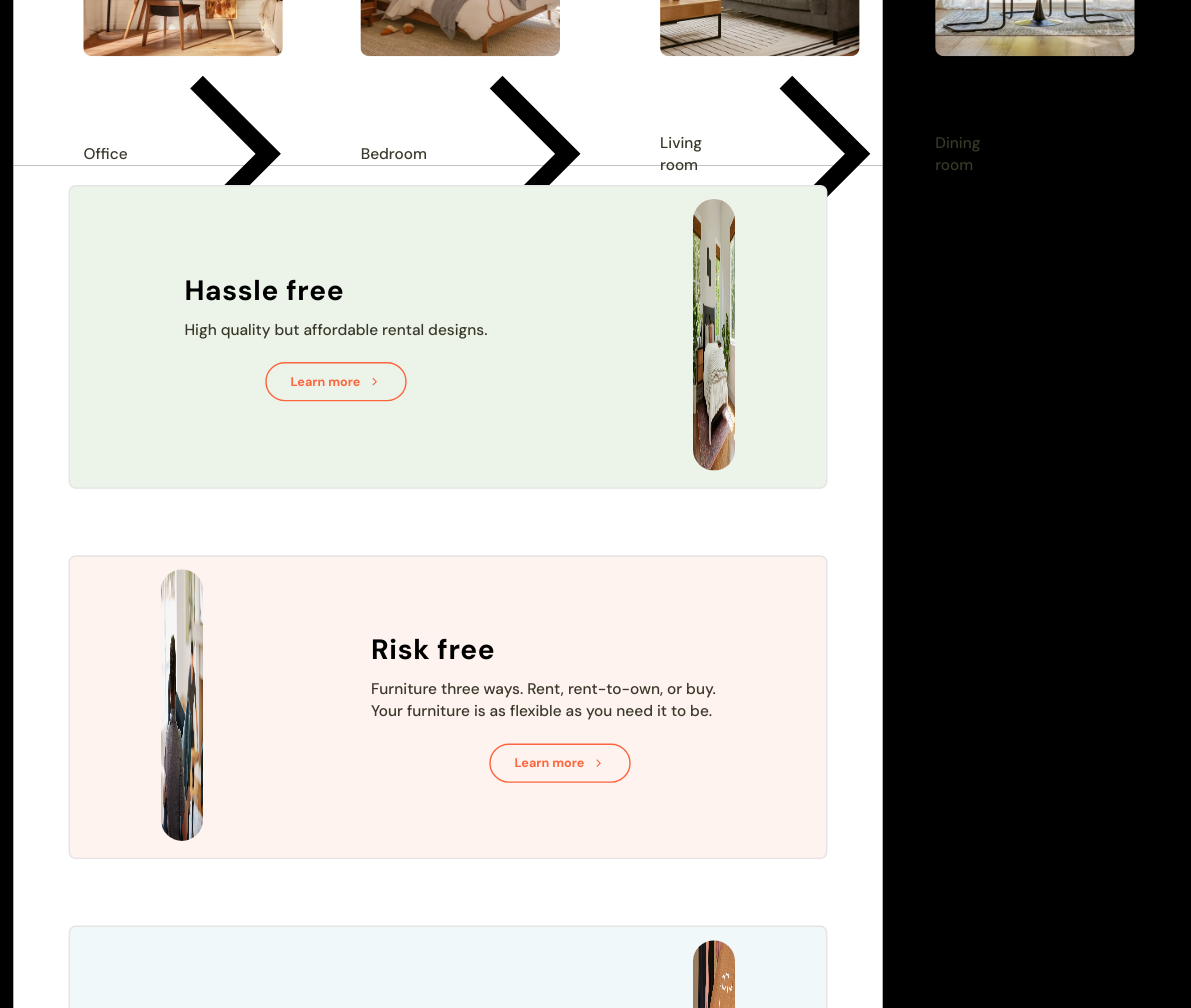
Repository: noman-source/Furniture-website
Page: index.html
The author's editor kept a copy of each file at every save. The page is drawn from the files as they stood at one save, then again after the next save.
The browser window is 1280 px wide. The page is 1702 px wide, so the pictures cover 1702 px, including what lies to the right of the window. The pictures show the part of the page from y = 1565 to 3005 px (the page is 4311 px tall), at 70% of full size.

Above is the page before, as saved 2025-07-04 13:06:06.

### index.html
<!DOCTYPE html>
<html lang="en">

<head>
    <meta charset="UTF-8">
    <meta name="viewport" content="width=device-width, initial-scale=1.0">
    <title>Document</title>
    <link rel="stylesheet" href="style.css">
</head>

<body>
    <header>
        <div class="navbar">
            <div class="nav-left">
                <ul>
                    <li>Cards</li>
                    <li>About</li>
                    <li>App</li>
                </ul>
            </div>
            <div class="nav-center">
                <ul>
                    <li><img src="asserts/svg/navbar-logo.svg" alt=""></li>
                    <li>Halal_Lab</li>
                </ul>
            </div>
            <div class="nav-right"><button><img src="asserts/svg/search.svg" alt="">Check delivery area</button></div>
        </div>
    </header>
    <main>
        <div class="section1">
            <div class="section1-left">
                <div class="section1-text">
                    <h2>An innovative way to make furniture lighter</h2>
                    <h4>Discover hassle-free delivery, free assembly and the flexibility to rent, rent-to-own or buy.
                    </h4>
                    <div class="section1-butt"><button>
                            <p>Start shopping</p><img src="asserts/svg/arrow.svg" alt="">
                        </button></div>
                </div>
            </div>
            <div class="section1-right">
                <img src="asserts/image/img 1.jpg" alt="">
            </div>
        </div>
        <div class="section2">
            <ul>
                <li><img src="asserts/svg/checkmark-circle-01.svg" alt="">Fast, free delivery & assembly</li>
                <li><img src="asserts/svg/checkmark-circle-01.svg" alt="">Convenient rent or buy options</li>
                <li><img src="asserts/svg/checkmark-circle-01.svg" alt="">Low upfront costs for all rentals</li>
                <li><img src="asserts/svg/checkmark-circle-01.svg" alt="">Flexibility to buy out rental items later</li>
            </ul>
        </div>
        <div class="section3">
            <p>About our product</p>
            <div class="section3-content">
                <div class="box box1">
                    <div class="circle"><img src="asserts/svg/upload-03.svg" alt=""></div>
                    <p>We provide a high quality rental at an affordable price</p>
                </div>
                <div class="box box2">
                    <div class="circle"><img src="asserts/svg/drawing-mode.svg" alt=""></div>
                    <p>Feather has made furniture rentals
                        cool again.</p>
                </div>
                <div class="box box3">
                    <div class="circle"><img src="asserts/svg/cabinet-01.svg" alt=""></div>
                    <p>Ease the pain of moving from
                        apartment to apartment.</p>
                </div>

            </div>
        </div>
        <div class="section4">
            <p>Browse by room</p>
            <div class="section4-content">
                <div class="box box1"><img src="asserts/image/img 2.png" alt="">
                    <p>Office <img src="asserts/svg/Vector.svg" alt=""></p>
                </div>
                <div class="box box2"><img src="asserts/image/img 3.png" alt="">
                    <p>Bedroom <img src="asserts/svg/Vector.svg" alt=""></p>
                </div>
                <div class="box box3"><img src="asserts/image/img 4.png" alt="">
                    <p>Living room <img src="asserts/svg/Vector.svg" alt=""></p>
                </div>
                <div class="box box4"><img src="asserts/image/img 5.png" alt="">
                    <p>Dining room <img src="asserts/svg/Vector.svg" alt=""></p>
                </div>
            </div>
        </div>
        <div class="section5">
            <div class="section5-top">
                <div class="left">
                    <div class="text">
                        <h3>Hassle free</h3>
                        <p>High quality but affordable rental designs.</p>
                    </div>
                    <div class="button"><button>Learn more <img src="asserts/svg/arrow-down-01.svg" alt=""></button>
                    </div>
                </div>
                <div class="right"><img src="asserts/image/img 6.png" alt=""></div>
            </div>
            <div class="section5-middle">
                <div class="right"><img src="asserts/image/img 7.png" alt=""></div>
                <div class="left">
                    <div class="text">
                        <h3>Risk free</h3>
                        <p>Furniture three ways. Rent, rent-to-own, or buy. Your furniture is as flexible as you need it
                            to be.</p>
                    </div>
                    <div class="button"><button>Learn more <img src="asserts/svg/arrow-down-01.svg" alt=""></button>
                    </div>
                </div>
            </div>
            <div class="section5-end">
                <div class="left">
                    <div class="text">
                        <h3>Waste free</h3>
                        <p>Last year we saved 522 tons of furniture from landfills. With your help, we can do even more.
                        </p>
                    </div>
                    <div class="button"><button>Learn more <img src="asserts/svg/arrow-down-01.svg" alt=""></button>
                    </div>
                </div>
                <div class="right"><img src="asserts/image/img 8.png" alt=""></div>
            </div>
        </div>
        <div class="section6">
            <div class="section6-content">
                <h3>Shop what’s new</h3>
                <div class="boxes">
                    <div class="box">
                        <div class="box-top"><img src="asserts/image/img 9.png" alt=""></div>
                        <div class="box-bottom">
                            <h4>Valencia Modular </h4>
                            <p>$2,999</p>
                        </div>
                    </div>
                    <div class="box">
                        <div class="box-top"><img src="asserts/image/img 10.png" alt=""></div>
                        <div class="box-bottom">
                            <h4>The Floyd sofa</h4>
                            <p>$1200</p>
                        </div>
                    </div>
                    <div class="box">
                        <div class="box-top"><img src="asserts/image/img 11.png" alt=""></div>
                        <div class="box-bottom">
                            <h4>Playa Outdoor</h4>
                            <p>$1999</p>
                        </div>
                    </div>
                    <div class="box">
                        <div class="box-top"><img src="asserts/image/img 12.png" alt=""></div>
                        <div class="box-bottom">
                            <h4>Remi standing</h4>
                            <p>$2,999</p>
                        </div>
                    </div>
                </div>
            </div>
        </div>
    </main>

    <footer>
        <div class="boxes">
            <div class="box box1">
                <div class="box1-top">
                    <p>Be in the know<br>
                        Get the latest products, promotions, and design tips in your inbox. Sign up and get 25% off your
                        first month.</p>
                </div>
                <div class="box1-bottom"><input type="email"placeholder="Email"><button>Submit</button></div>
            </div>
            <div class="box box2"><ul>
                <li>Shop</li>
                <li>The Goods</li>
                <li>Feather for Business</li>
                <li>Get design help</li>
            </ul></div>
            <div class="box box3"><ul>
                <li>Help</li>
                <li>hello@livefeather.com</li>
                <li>FAQs</li>
            </ul></div>
            <div class="box box4"><ul>
                <li>Follow us</li>
                <li><img src="asserts/svg/Instagram.svg" alt=""><img src="asserts/svg/Twitter.svg" alt=""><img src="asserts/svg/pinterest.svg" alt=""><img src="asserts/svg/Facebook.svg" alt=""><img src="asserts/svg/linkdin.svg" alt=""></li>
            </ul></div>
        </div>
    </footer>

</body>

</html>

### style.css
@import url('https://fonts.googleapis.com/css2?family=DM+Sans:ital,opsz,wght@0,9..40,100..1000;1,9..40,100..1000&display=swap');
@import url('https://fonts.googleapis.com/css2?family=DM+Sans:ital,opsz,wght@0,9..40,100..1000;1,9..40,100..1000&display=swap');
@import url('https://fonts.googleapis.com/css2?family=DM+Sans:ital,opsz,wght@0,9..40,100..1000;1,9..40,100..1000&display=swap');

body {
    font-family: "DM Sans", sans-serif;
    background-color: black;
}

.website {
    background-color: white;
}

* {
    margin: 0;
    padding: 0;
}

header .navbar {
    width: 97%;
    margin: auto;
    height: 72px;
    display: flex;
    justify-content: space-around;
    align-items: center;
    background-color: rgb(246, 244, 244);
    gap: 13%;
    border-bottom: 1px solid #E4E4E4;
}

header .navbar .nav-left {
    font-size: 16px;
    font-weight: 500;
    line-height: 24px;
    letter-spacing: -1%;
}

header .navbar .nav-left ul {
    display: flex;
    justify-content: center;
    align-items: center;
    gap: 50px;
}

header .navbar .nav-left ul li {
    list-style-type: none;
}

header .navbar .nav-center ul {
    display: flex;
    justify-content: center;
    align-items: center;
    gap: 10px;
    font-family: "Ramabhadra", sans-serif;
}

header .navbar .nav-center ul li {
    list-style-type: none;
    font-size: 18px;
    font-weight: 400;
    display: flex;
    justify-content: center;
    align-items: center;
}

header .navbar .nav-right button {
    width: 130%;
    height: 40px;
    background-color: #FD653E;
    border-radius: 32px;
    border: none;
    transform: translateX(-50px);
    display: flex;
    justify-content: center;
    align-items: center;
    gap: 15px;
    font-size: 16px;
    font-weight: 700;
    color: white;
}

main .section1 {
    width: 97%;
    margin: auto;
    height: 588px;
    background-color: #FFF3EF;
    display: flex;
    justify-content: space-around;
    align-items: center;
}

main .section1 .section1-right {
    width: 50%;
    display: flex;
    justify-content: center;
    align-items: center;
}

main .section1 .section1-left {
    width: 50%;
}

main .section1 .section1-left .section1-text {
    width: 70%;
    margin: auto;
    height: 250px;
    display: flex;
    flex-direction: column;
    gap: 20px;
}

main .section1 .section1-left .section1-text h2 {
    font-size: 48px;
    font-weight: 700;
}

main .section1 .section1-left .section1-text p {
    font-size: 18px;
    font-weight: 400;
    color: #39382A;
}

main .section1 .section1-left .section1-text button {
    width: 235px;
    height: 56px;
    display: flex;
    justify-content: center;
    align-items: center;
    gap: 10px;
    border-radius: 32px;
    border: transparent;
    background-color: #ED653B;
}

main .section1 .section1-left .section1-text button p {
    color: white;
    font-size: 20px;
    font-weight: 700;
    font-family: "DM Sans", sans-serif;
}

main .section1 .section1-right img {
    width: 645px;
    border-radius: 12px;
}

.section2 {
    height: 74px;
    width: 97%;
    margin: auto;
    background-color: #ECF4E9;
}

.section2 ul {
    height: 74px;
    display: flex;
    justify-content: space-between;
    align-items: center;
}

.section2 ul li {
    font-family: "DM Sans", sans-serif;
    list-style-type: none;
    display: flex;
    justify-content: center;
    align-items: center;
    gap: 5px;
    font-size: 18px;
    font-weight: 400;
}

.section3 {
    width: 97%;
    margin: auto;
    height: 516px;
    background-color: white;
}

.section3>p {
    font-size: 40px;
    font-weight: 700;
    height: 170px;
    display: flex;
    color: #39302A;
    justify-content: center;
    align-items: center;
}

.section3-content {
    display: flex;
    justify-content: center;
    align-items: center;
    gap: 32px;
}

.section3-content .box {
    width: 392px;
    border-radius: 12px;
    height: 244px;
    display: flex;
    align-items: center;
    justify-content: center;
    flex-direction: column;
    gap: 50px;
    box-shadow: 12px 16px 50px 0px #9A9A9A1F;
}

.section3-content .box .circle {
    width: 50px;
    height: 50px;
    transform: translateY(30px);
    gap: 10px;
    border-radius: 99px; /* Corrected to 99px based on later image */
    padding: 16px; /* Corrected to 16px based on later image */
    background-color: #E3E3E373; /* Corrected to #E3E3E3 based on later image */
}

.section3-content .box p {
    width: 373px;
    margin: auto;
    display: flex;
    font-family: DM Sans;
    font-weight: 500;
    font-size: 22px;
    line-height: 32px;
    text-align: center;
    /* letter-spacing: 0%; */
    /* vertical-align: middle; */
}

.section4 {
    width: 97%;
    margin: auto;
    height: 551px;
    background-color: white;
}

.section4>p {
    font-weight: 700;
    font-size: 40px;
    line-height: 56px;
    letter-spacing: -0.96px;
    padding-top: 50px;
    padding-left: 100px; /* Added based on later image */
}

.section4 .section4-content {
    height: 287px;
    display: flex;
    justify-content: flex-start;
    padding-left: 100px;
    padding-top: 50px;
    gap: 32px;
}

.section4 .section4-content .box {
    height: 287px;
    display: flex;
    flex-direction: column;
    gap: 20px;
}

.section4 .section4-content .box img {
    height: 239px;
    width: 285px;
    border-radius: 12px;
}

.section4 .section4-content .box p {
    font-family: DM Sans;
    font-weight: 500;
    font-size: 22px;
    line-height: 32px;
    display: flex;
    gap: 16px; /* Corrected to 16px based on later image */
    justify-content: flex-start;
    align-items: center; /* Added based on later image */
    color: #39382A; /* Added based on later image */
}

.section5 {
    height: 1548px;
    background-color: white;
    width: 97%;
    margin: auto;
    display: flex;
    justify-content: center;
    align-items: center;
    flex-direction: column;
    gap: 40px;
}

.section5 > .section5-top,
.section5-middle,
.section5-end {
    height: 430px;
    border: 2px solid #E4E4E4;
    width: 87%;
    margin: auto;
    border-radius: 10px;
}

.section5 .section5-top {
    background-color: #ECF4E9;
    display: flex;
    justify-content: space-around;
    align-items: center;
}

.section5 .section5-middle {
    background-color: #FEF3EE;
    display: flex;
    justify-content: space-around;
    align-items: center;
}

.section5 .section5-end {
    background-color: #F0F8FA;
    display: flex;
    justify-content: space-around;
    align-items: center;
}

.section5 .right img {
    width: 60px;
    height: 388px;
    border-radius: 60px;
}

.section5 .left {
    width: 50%;
    display: flex;
    flex-direction: column;
    justify-content: center;
    align-items: center;
    gap: 30px;
}

.section5 .left .text {
    display: flex;
    flex-direction: column;
    gap: 16px;
}

.section5 .left .button {
    display: flex;
    justify-content: flex-start;
}

.section5 .left .text button {
    width: 400px;
}

.section5 .right {
    padding: 20px;
}

.section5 h3 {
    font-weight: 700;
    font-size: 40px;
    line-height: 50px;
    letter-spacing: 0.96px;
}

.section5 p {
    font-family: DM Sans;
    font-weight: 500;
    font-size: 22px;
    line-height: 32px;
    letter-spacing: 0%; /* Added based on later image */
    vertical-align: middle; /* Added based on later image */
    color: #39382A; /* Added based on later image */
}

.section5 .left button {
    width: 202px;
    height: 56px;
    gap: 10px;
    border-width: 1px;
    padding-top: 16px;
    padding-right: 32px;
    padding-bottom: 16px;
    padding-left: 32px;
    border-radius: 32px;
    background-color: transparent;
    border: 2px solid #FD653E;
    color: #FD653E;
    display: flex;
    justify-content: center;
    align-items: center;
    font-family: DM Sans;
    font-weight: 700;
    font-size: 18px;
}

.section6 {
    background-color: white;
    height: 730px;
    width: 97%;
    margin: auto;
}

.section6 img {
    width: 286px;
    height: 203px;
    border-radius: 12px;
}

.section6 .section6-content {
    height: 548px;
    background-color: #FFFCF8;
    width: 90.7%;
    margin: auto;
    padding-left: 180px;
    padding-top: 80px;
    display: flex;
    flex-direction: column;
    gap: 20px;
}

.section6-content .boxes {
    display: flex;
    gap: 32px;
}

.section6-content .boxes .box {
    display: flex;
    flex-direction: column;
    gap: 19px;
}

.section6 h2 {
    font-family: Circular Std;
    font-weight: 700;
}

.section6 h3 {
    /* font-family: Circular Std; */
    font-weight: 700;
    font-size: 40px;
    line-height: 50px;
    letter-spacing: 0px;
    vertical-align: middle;
    color: #39382A;
}

.section6-content .box-bottom {
    display: flex;
    flex-direction: column;
    gap: 4px;
}

.section6-content .box-bottom h4 {
    font-family: DM Sans;
    font-weight: 500;
    font-size: 18px;
    line-height: 26px;
    letter-spacing: 0%;
    vertical-align: middle;
    color: #39382A;
}

.section6-content .box-bottom p {
    font-family: DM Sans;
    font-weight: 500;
    font-size: 10px;
    line-height: 14px;
    letter-spacing: 0%;
    vertical-align: middle;
    color: #ED653B;
}

footer {
    border-top: 1px solid #DC0805;
    width: 97%;
    background-color: white;
    height: 230px;
    margin: auto;
    display: flex;
    justify-content: center;
    align-items: center;
    /* transform: translateY(130px); */
}

footer .boxes {
    display: grid;
    grid-template-columns: 403px 180px 180px 170px;
    width: 85%;
    margin: auto;
    /* background-color: #39382A; */
    height: 144px;
    justify-content: space-between;
}

footer .boxes .box1 {
    display: flex;
    flex-direction: column;
    gap: 20px;
}

footer .boxes .box1-top {
    font-family: DM Sans;
    font-weight: 700;
    font-size: 34px;
}

footer .boxes .box1 .box1-top {
    font-weight: 400;
    font-size: 14.13px;
    line-height: 24px;
    letter-spacing: 0%;
    vertical-align: middle;
}

footer .boxes .box1 .box1-bottom {
    display: flex;
    gap: 16px;
    justify-content: center;
    align-items: center;
}

footer .boxes .box1 .box1-bottom input {
    width: 245px;
    height: 48px;
    border: 1px solid #EDEDED;
    border-radius: 32px;
    outline: none;
}

footer .boxes .box1 .box1-bottom input::placeholder {
    transform: translateX(20px);
    font-family: DM Sans;
    font-weight: 500;
    font-size: 16px;
    line-height: 24px;
    letter-spacing: 1%;
    vertical-align: middle;
    color: #BABABA;
}

footer .boxes .box1 .box1-bottom button {
    width: 140px;
    height: 48px;
    border-width: 1px;
    border-radius: 48px;
    border: 1px solid #ED653B;
    background-color: transparent;
    font-family: DM Sans;
    font-weight: 500;
    font-size: 16px;
    line-height: 24px;
    letter-spacing: 1%;
    vertical-align: middle;
    color: #ED653B;
}

footer .boxes ul li:first-child {
    font-weight: 500;
    font-size: 16px;
    letter-spacing: 0.16px;
    color: #2A2A2D;
}

footer .boxes ul {
    display: flex;
    flex-direction: column;
    gap: 16px;
}

footer .boxes ul li {
    list-style-type: none;
    font-family: DM Sans;
    font-weight: 400; /* Added based on latest image */
    font-size: 16px; /* Added based on latest image */
    color: #39382A; /* Added based on latest image */
}

footer .boxes .box4 li:last-of-type {
    display: flex;
    justify-content: space-between;
    align-items: center;
}

After the next save:
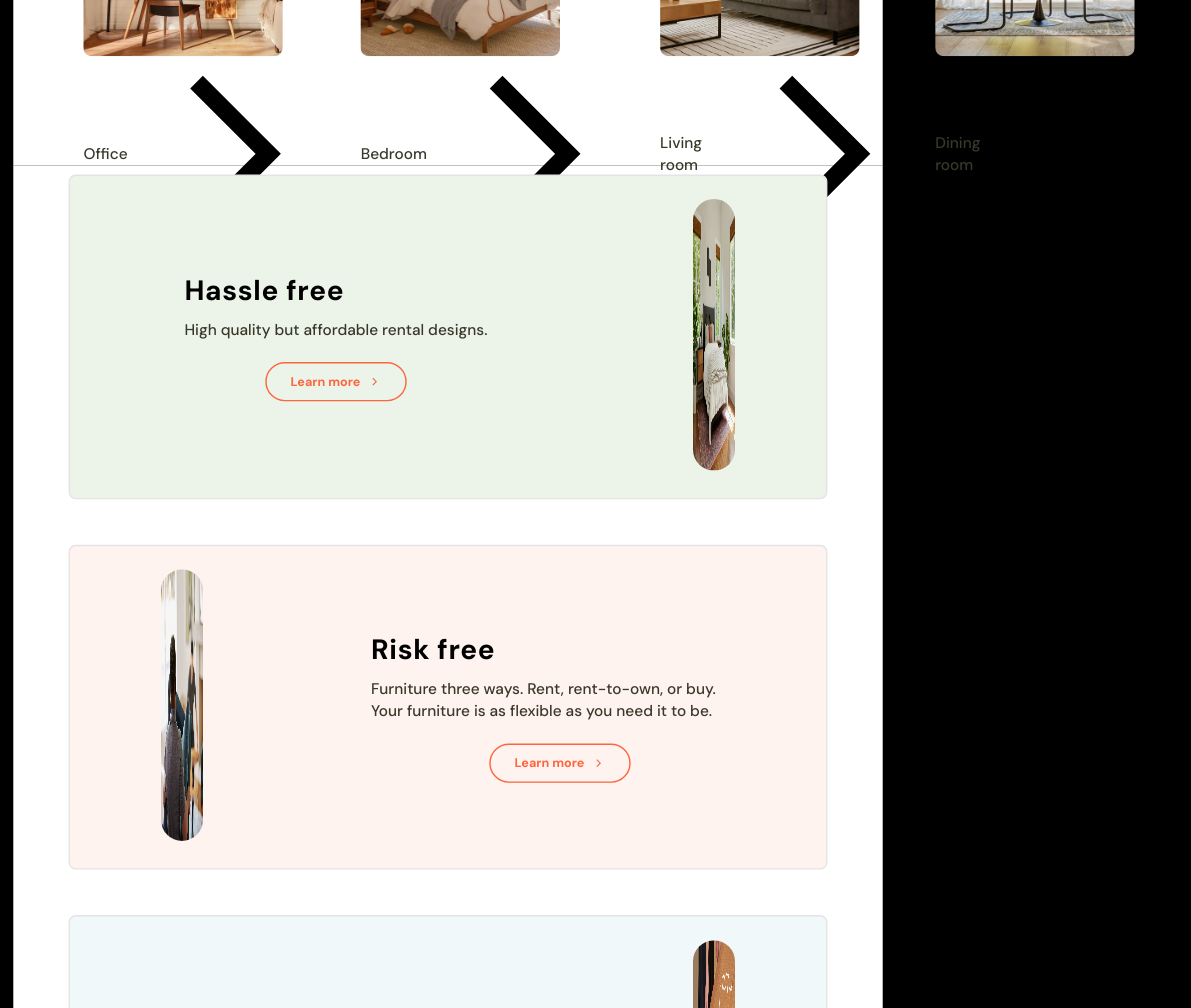
Saved 69 s later.
--- a/style.css
+++ b/style.css
@@ -293,7 +293,7 @@
 .section5 > .section5-top,
 .section5-middle,
 .section5-end {
-    height: 430px;
+    height: 460px;
     border: 2px solid #E4E4E4;
     width: 87%;
     margin: auto;
